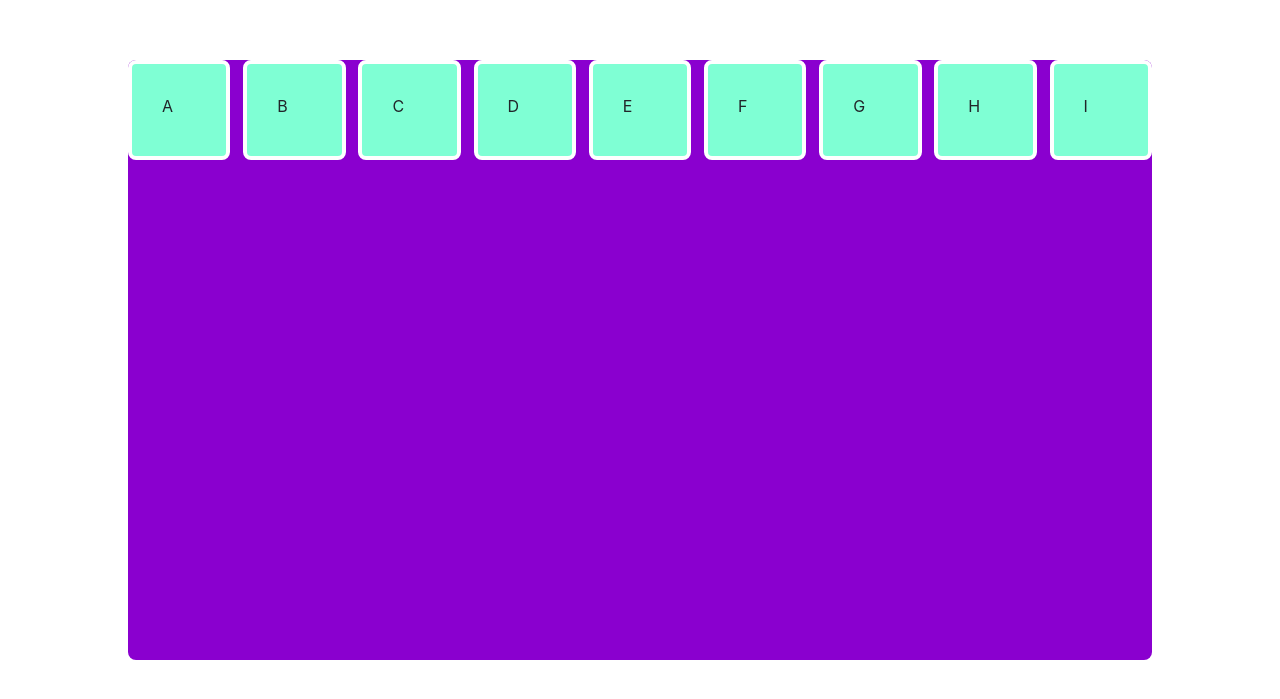
Repository: alessandradiamantino/Curso-Front-End-Design
Page: 1 - Introdução ao HTML e CSS/3 - Layouts, Grids e Flexbox/Bootstrap Grid system/index.html
These files come from the project's save history. The page is drawn as it stood at one moment and after a run of saves; the edit follows.
The browser window is 1280 px wide. The pictures show the whole page.

Above is the page before, as saved 2023-04-24 11:08:45.

After the next 2 saves:
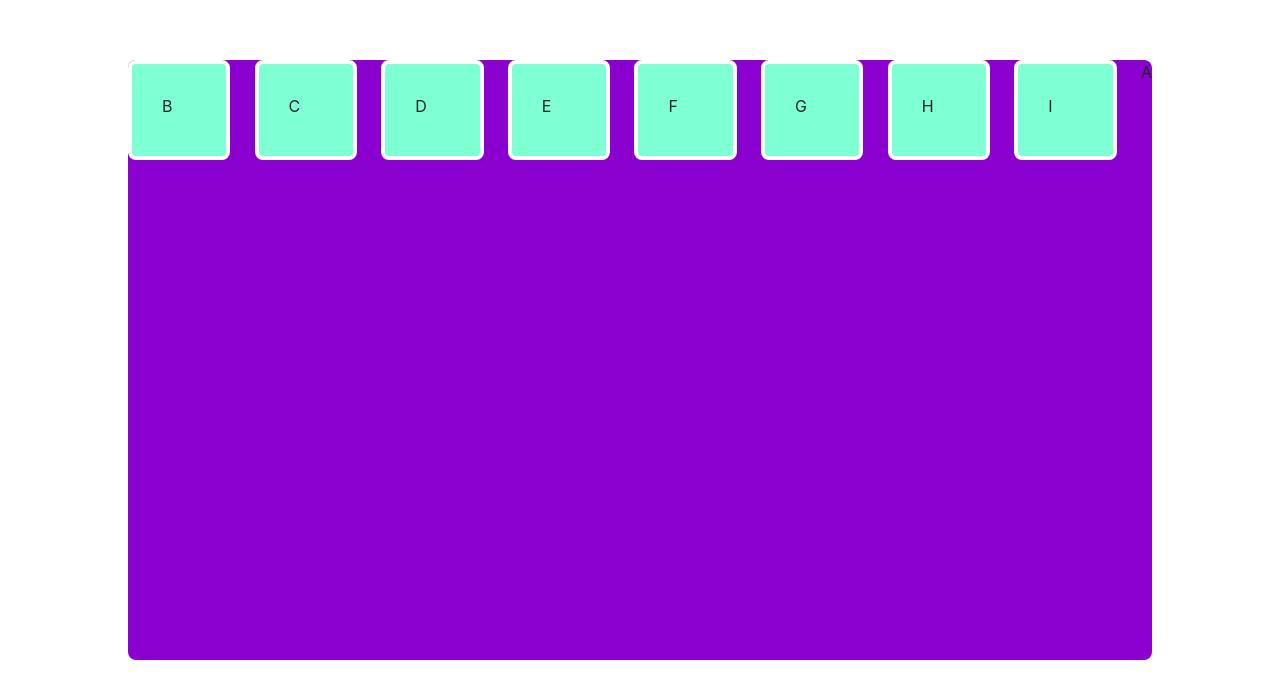
The 2 saves are shown as one change because they came seconds apart.
The last was saved 20 s later.
--- a/1 - Introdução ao HTML e CSS/3 - Layouts, Grids e Flexbox/Bootstrap Grid system/index.html
+++ b/1 - Introdução ao HTML e CSS/3 - Layouts, Grids e Flexbox/Bootstrap Grid system/index.html
@@ -20,7 +20,7 @@
    </div>
 -->
    <div class="my-container">
-    <div class="my-item" >
+    <div class="order-1" >
       A
     </div>
     <div class="my-item" >
